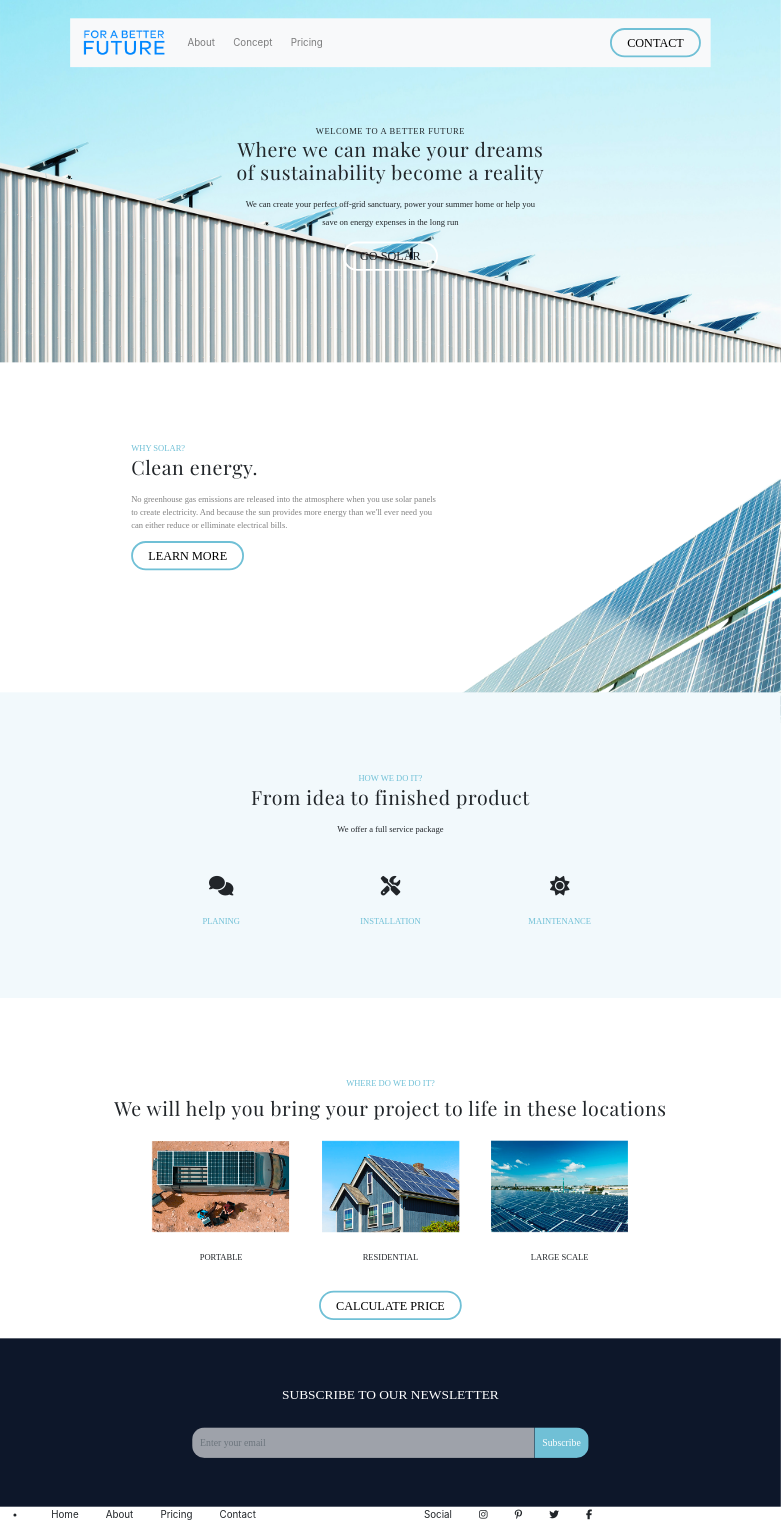
Repository: sabinemm/fabf
Page: index.html
The author's editor kept a record of every edit. The page is drawn from the files as they stood at one moment, then again after the next edit.
The browser window is 1280 px wide. The pictures show the whole page, at 61% of full size.
Backgrounds fixed to the window are drawn as part of the page. Some web fonts or font styles are not loaded; a fallback is used. Some web libraries are served in a nearby version.

Above is the page before.
Console error (its wording comes from the project's code and is left out).

### index.html
<!DOCTYPE html>
<html lang="en">

<head>
    <meta charset="UTF-8">
    <meta name="viewport" content="width=device-width, initial-scale=1.0">
    <meta http-equiv="X-UA-Compatible" content="ie=edge">
    <link rel="stylesheet" href="style.css" type="text/css" />
    <link rel="stylesheet" href="https://stackpath.bootstrapcdn.com/bootstrap/4.3.1/css/bootstrap.min.css" integrity="sha384-ggOyR0iXCbMQv3Xipma34MD+dH/1fQ784/j6cY/iJTQUOhcWr7x9JvoRxT2MZw1T" crossorigin="anonymous">
    <link rel="stylesheet" media="screen" href="https://fontlibrary.org/face/roundo" type="text/css" />
    <link rel="stylesheet" media="screen" href="https://fontlibrary.org/face/source-sans-pro" type="text/css" />
    <link href="https://fonts.googleapis.com/css?family=Playfair+Display&display=swap" rel="stylesheet">
     <script src="https://kit.fontawesome.com/7e530e9396.js"></script>
    <script src="//maxcdn.bootstrapcdn.com/bootstrap/3.3.0/js/bootstrap.min.js"></script>
    <script src="//code.jquery.com/jquery-1.11.1.min.js"></script>

    <title>FOR A BETTER FUTURE</title>
</head>

<body>

    <!–-----– NAVBAR ------->

    <div class="container">
        <nav class="navbar navbar-fixed-top navbar-expand-lg navbar-light bg-light">
            <a class="navbar-brand" href="#">
          <img src="img/logo.svg" height="50px"alt="logo">
        </a>
            <button class="navbar-toggler" type="button" data-toggle="collapse" data-target="#navbarText" aria-controls="navbarText" aria-expanded="false" aria-label="Toggle navigation">
    <span class="navbar-toggler-icon"></span>
  </button>
            <div class="collapse navbar-collapse justify-content-center" id="navbarText">
                <ul class="navbar-nav mr-auto">
                    <li class="nav-item">
                        <a class="nav-link" href="#">About</a>
                    </li>
                    <li class="nav-item">
                        <a class="nav-link" href="#">Concept</a>
                    </li>
                    <li class="nav-item">
                        <a class="nav-link" href="#">Pricing</a>
                    </li>
                </ul>
                <span class="navbar-text">
          <button type="button" class="btn btn-blue-border">CONTACT</button>
    </span>
            </div>
        </nav>
    </div>

    <!–-----– FIRST SECTION ------->

    <section id="parallax">
        <div class="container">
            <div class="ltitle text-center">
                <p class="uppercase stitle">WELCOME TO A BETTER FUTURE</p>
                <h2> Where we can make your dreams <br> of sustainability become a reality </h2>
                <p class="tparagraph"> We can create your perfect off-grid sanctuary, power your summer home or help you <br> save on energy expenses in the long run</p>
                <button type="button" class="btn  btn-transp-white-border">GO SOLAR</button>
            </div>
        </div>
    </section>

    <!–-----– SECOND SECTION - WHY?------->

    <section id="clean">
        <div class="container container-fluid section-2">
            <div class="row">
                <div class="col col-md-6">
                    <p class="uppercase stitle stitle-blue">WHY SOLAR?</p>
                    <h2 class="ltitle ltitle2"> Clean energy.</h2>
                    <p class="tparagraph tparagraph2"> No greenhouse gas emissions are released into the atmosphere when you use solar panels to create electricity. And because the sun provides more energy than we'll ever need you can either reduce or elliminate electrical bills. </p>
                    <button type="button" class="btn btn-blue-border">LEARN MORE</button>

                </div>
            </div>

            <div class="container">
                <div class="col col-md-6 offset-md-6">
                    <img src="img/sidepanel.png" class="sidepanel"></img>
                </div>
            </div>
        </div>

    </section>

    <!–-----– THIRD SECTION - HOW? ------->

    <section id="idea">
        <div class="idea-title text-center">
            <p class="uppercase stitle stitle-blue">HOW WE DO IT?</p>
            <h2 class="ltitle ltitle2"> From idea to finished product</h2>
            <p class="tparagraph">We offer a full service package</p>

        </div>
        <div class="container container-fluid ">
            <div class="row m-auto text-center justify-content-center">
                <div class=" col-sm-3 col-md-3">
                    <div class="#"><i class="fas fa-comments fa-2x"></i></div>
                    <p class="uppercase stitle stitle-blue stitlen">PLANING</p>
                </div>
                <div class="col-sm-3 col-md-3">
                    <div class="#"><i class="fas fa-tools fa-2x"></i></div>
                    <p class="uppercase stitle stitle-blue stitlen">INSTALLATION</p>
                </div>
                <div class="col-sm-3 col-md-3">
                    <div class="#"><i class="fas fa-sun fa-2x"></i></div>
                    <p class="uppercase stitle stitle-blue stitlen">MAINTENANCE</p>
                </div>
            </div>

        </div>

    </section>

    <!–-----– FOURTH SECTION - WHERE ------->

    <section id="where">
        <div class=" text-center">
            <p class="uppercase stitle stitle-blue">WHERE DO WE DO IT?</p>
            <h2 class="ltitle wheretitle">We will help you bring your project to life in these locations</h2>


        </div>
        <div class="container container-fluid ">
            <div class="row m-auto text-center justify-content-center">
                <div class=" col-sm-3 col-md-3">
                    <img class="whereimg" src="img/portable.png"></img>
                    <p class="uppercase stitle stitlen">PORTABLE</p>
                </div>
                <div class="col-sm-3 col-md-3">
                    <img class="whereimg" src="img/residential.png"></img>
                    <p class="uppercase stitle stitlen">RESIDENTIAL</p>
                </div>
                <div class="col-sm-3 col-md-3">
                    <img class="whereimg" src="img/large.png"></img>
                    <p class="uppercase stitle stitlen">LARGE SCALE</p>
                </div>
            </div>

        </div>

        <div class="container-fluid">
            <div class="row">
                <div class="col text-center">
                    <button type="button" class="btn btn-blue-border ">CALCULATE PRICE</button>
                </div>
            </div>
        </div>


    </section>

    <!–-----– FOOTER ------->

    <section class="home-newsletter">
        <div class="container">
            <div class="row">
                <div class="col-sm-12">
                    <div class="single">
                        <h2>Subscribe to our Newsletter</h2>
                        <div class="input-group">
                            <input type="email" class="form-control" placeholder="Enter your email">
                            <span class="input-group-btn">
         <button class="btn btn-theme" type="submit">Subscribe</button>
         </span>
                        </div>
                    </div>
                </div>
            </div>
        </div>
    </section>

    <section class="footer">
        <div class="container-fluid">
            <div class="row">
                <div class="col-sm-6">
                    <li>
                        <ul class="footer-item">Home</ul>
                        <ul class="footer-item">About</ul>
                        <ul class="footer-item">Pricing</ul>
                        <ul class="footer-item">Contact</ul>

                    </li>
                </div>
                <div class="col-sm-6">
                    <ul class="footer-item uppercase">Social</ul>
                    <ul class="footer-item social-icon"><i class="fab fa-instagram"></i> </ul>
                    <ul class="footer-item social-icon"><i class="fab fa-pinterest-p"></i> </ul>
                    <ul class="footer-item social-icon"><i class="fab fa-twitter"></i> </ul>
                    <ul class="footer-item social-icon"><i class="fab fa-facebook-f"></i> </ul>
                </div>
            </div>
        </div>
    </section>
</body>

</html>

### style.css

/*-------------------navbar------------------*/

.navbar {
    margin-top: 30px;
    margin-left: 30px;
    margin-right: 30px;

}

@media (max-width:536px) {
    .navbar {
        margin-top: 15px;
        margin-left: 10px;
        margin-right: 10px;
    }
}

/*-------------------Buttons------------------*/

.btn-transp-white-border,
.btn-transp-white-border:hover,
.btn-transp-white-border:active,
.btn-transp-white-border:visited,
.btn-transp-white-border:active:focus,
.btn-transp-white-border:focus {
    background-color: rgba(0, 0, 0, 0);
    border: solid 3px white !important;
    border-radius: 30px !important;
    color: white;
    text-align: center;
    text-decoration: none;
    display: inline-block;
    font-size: 20px !important;
    font-family: 'SourceSansProRegular';
    padding-left: 25px !important;
    padding-right: 25px !important;
}


.btn-transp-white-border:hover {
    background-color: rgba(255, 255, 255, 0.5);
    padding-left: 25px;
    padding-right: 25px;
}


.btn-blue-border,
.btn-blue-border:hover,
.btn-blue-border:active,
.btn-blue-border:visited,
.btn-blue-border:active:focus,
.btn-blue-border:focus {
    background-color: rgba(0, 0, 0, 0) !important;
    border: solid 3px rgb(112, 192, 214) !important;
    border-radius: 30px !important;
    color: black !important;
    text-align: center;
    text-decoration: none;
    display: inline-block;
    font-size: 20px !important;
    font-family: 'SourceSansProRegular';
    padding-left: 25px !important;
    padding-right: 25px!important;
}

.btn-blue-border:hover {
    background-color: rgba(112, 192, 214, 0.5) !important;
    padding-left: 25px;
    padding-right: 25px;
}


/*-------------------SECTION 1 PAGE 1------------------*/

#parallax {
    background: url(img/1page1section.jpg);
    background-attachment: fixed;
    background-position: bottom;
    background-repeat: no-repeat;
    background-size: cover;
    margin-top: -110px;
}

@media (max-width:536px) {
    #parallax {
        margin-top: -110px;
    }
}

.stitle {
    font-size: 14px;
    font-family: 'RoundoRegular';
    font-weight: 500;
    font-style: normal;
    margin-bottom: -5px;
}

.ltitle {
    padding-top: 200px;
    font-family: 'Playfair Display';
    letter-spacing: 1px;
    line-height: 30px;
    padding-bottom: 150px;
}

@media (max-width:768px) {
    .ltitle {
        padding-top: 150px;
        padding-bottom: 100px;
    }
}

.tparagraph {
    padding-top: 10px;
    font-family: 'SourceSansProRegular';
    font-weight: normal;
    font-style: normal;
    font-size: 14px;
    letter-spacing: 0;
}

@media (max-width:768px) {
    br {
        display: none !important;
        visibility: hidden;
    }
}

/*-------------------SECTION 2 PAGE 1------------------*/
#clean {
    padding-left: 0;
}
@media (min-width:768px) {
#clean {
    padding-left: 200px;
}
}


.stitle-blue {
    color:rgb(112, 192, 214);
    padding-top: 70px;

}

@media (min-width:768px) {
    .stitle-blue {
        padding-top: 130px;
    }
}

.ltitle2 {
padding-top: 10px;
padding-bottom: 10px;
}

.tparagraph2 {
    color: gray;

}

.section-2 {
  padding-bottom: 100px;
}

.sidepanel {
position:relative;
float: right;
height:400px;
margin-top: -150px;
margin-right: -45px;
z-index: -1;
}

/*-------------------SECTION 3 PAGE 1------------------*/

#idea {
    background-color: rgb(242, 249, 252);
     padding-bottom: 70px;
}

.idea-title {;
    padding-bottom: 50px;
    margin-top: 100px;
}

.stitlen {
    padding-top: 30px;
    padding-bottom: 50px;
}

/*-------------------SECTION 4 PAGE 1------------------*/

.whereimg {
    height: 150px;
}

.wheretitle {
    padding-top: 20px;
    padding-bottom: 30px;
}


#where {
    padding-bottom: 30px;
}

/*-------------------FOOTER SUBSCRIPTION BOX------------------*/

.home-newsletter {
padding: 80px 0;
background: #0D172A;
}

.home-newsletter .single {
max-width: 650px;
margin: 0 auto;
text-align: center;
position: relative;
z-index: 2;
font-family: 'SourceSansProRegular';
}

.home-newsletter .single h2 {
font-size: 22px;
color: white;
text-transform: uppercase;
margin-bottom: 40px;

}

.home-newsletter .single .form-control {
height: 50px;
background: rgba(255, 255, 255, 0.6);
border-color: transparent;
border-radius: 20px 0 0 20px;

}

.home-newsletter .single .form-control:focus {
box-shadow: none;
border-color: #243c4f;

}

.home-newsletter .single .btn {
min-height: 50px;
border-radius: 0 20px 20px 0;
background: rgb(112, 192, 214);
color: #fff;
}


/*-------------------FOOTER SOCIAL------------------*/


.footer-item {
    display: inline-block;
}

ul {
  list-style-type: none;
}

li {
    padding-left: 7px;
    padding-right: 7px;
}

After the next edit:
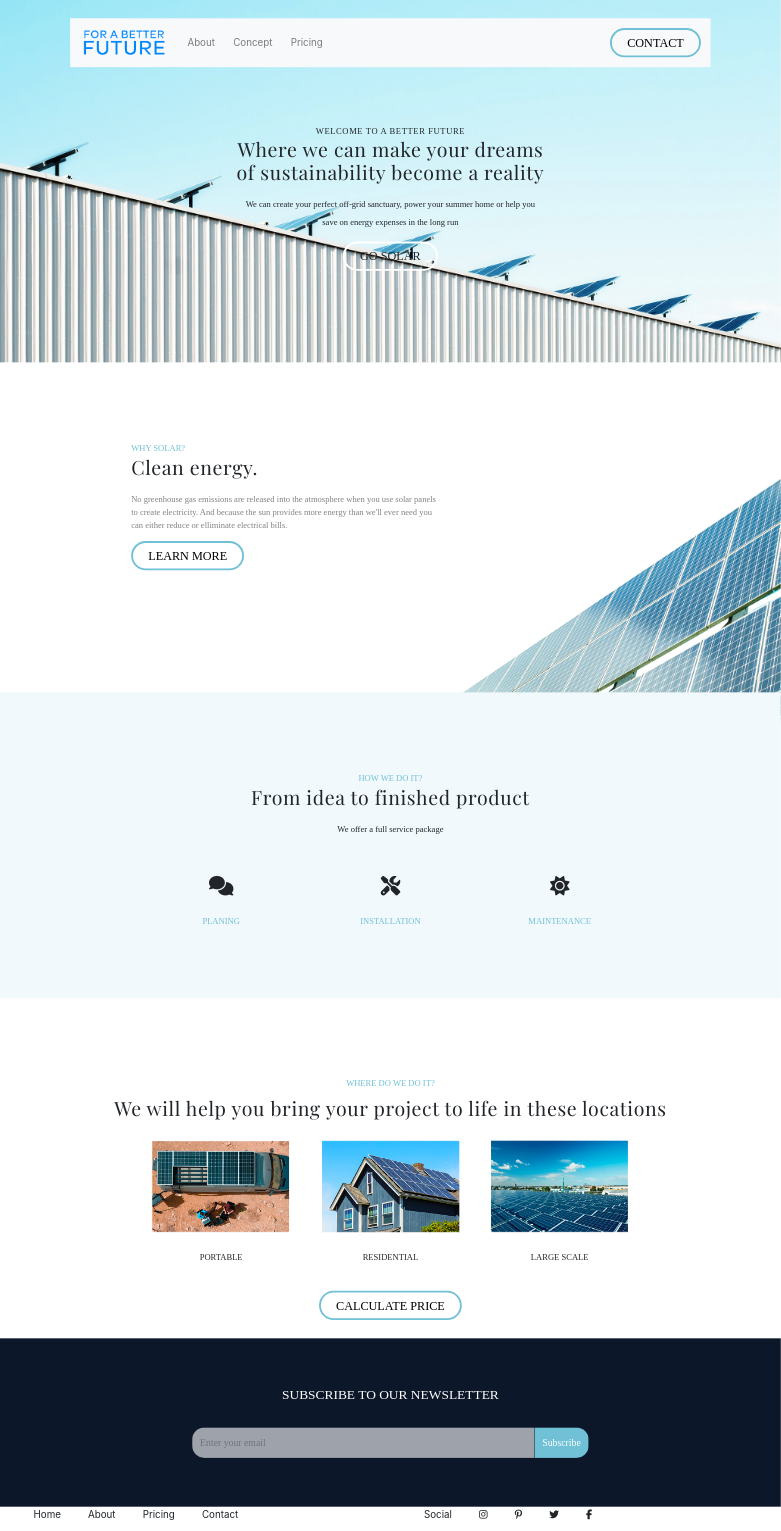
The edit:
--- a/index.html
+++ b/index.html
@@ -175,8 +175,8 @@
         <div class="container-fluid">
             <div class="row">
                 <div class="col-sm-6">
-                    <li>
-                        <ul class="footer-item">Home</ul>
+                    <ul>
+                        <ul class="footer-item list-unstyled">Home</ul>
                         <ul class="footer-item">About</ul>
                         <ul class="footer-item">Pricing</ul>
                         <ul class="footer-item">Contact</ul>
